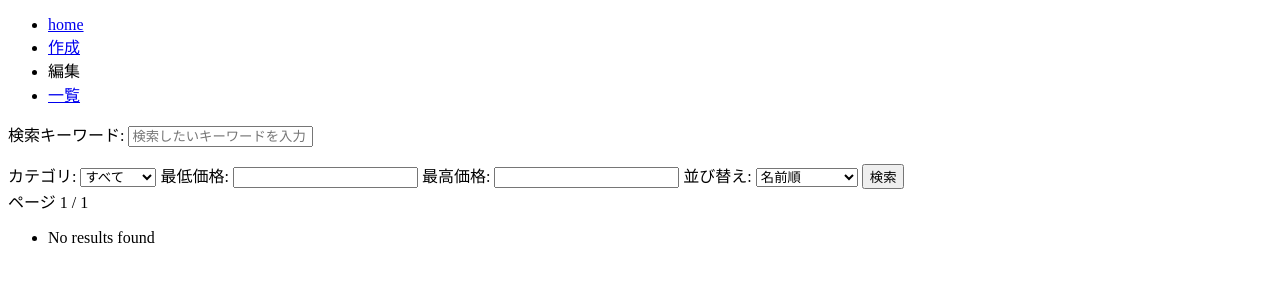
Repository: mamesuke7274/2024_kouki_kuwayamasyoutarou
Page: http://localhost/
These files come from the project's save history. The page is drawn as it stood at one moment and after a run of saves; the edit follows.
The browser window is 1280 px wide. The pictures show the whole page.
The page is served by the project's application, run on Django 4.2 (manage.py). Other server files are loaded and not shown. Queries for data that is not in the repository find no rows.

Above is the page before, as saved 2024-10-19 09:54:26.

### search_app/views.py
from django.shortcuts import render, get_object_or_404, redirect
from .models import Product, Category
from .forms import ProductForm, SearchForm
from django.core.paginator import Paginator

def product_create(request):
    if request.method == 'POST':
        form = ProductForm(request.POST)
        if form.is_valid():
            form.save()
            return redirect('product_list')
    else:
        form = ProductForm()
    return render(request, 'product_form.html', {'form': form})

def product_detail(request, pk):
    product = get_object_or_404(Product, pk=pk)

    return render(request, 'product_detail.html', {'product': product})

def product_update(request, pk):
    product = get_object_or_404(Product, pk=pk)
    if request.method == 'POST':
        form = ProductForm(request.POST, instance=product)
        if form.is_valid():
            form.save()
            return redirect('product_detail', pk=product.pk)
    else:
        form = ProductForm(instance=product)
    # product オブジェクトをテンプレートに渡す
    return  render(request,  'product_form.html',  {'form':  form,  'product': product})

def product_delete(request, pk):
    product = get_object_or_404(Product, pk=pk)
    if request.method == 'POST':
        product.delete()
        return redirect('product_list')
    return render(request, 'product_confirm_delete.html', {'product': product})

def product_list(request):
    products = Product.objects.all()
    print(products)
    return render(request, 'product_list.html', {'products': products})

def search_view(request):
    form = SearchForm(request.GET or None)
    results = Product.objects.all()  # クエリセットの初期化
    if form.is_valid():
        query = form.cleaned_data['query']
        if query:
            results = results.filter(name__icontains=query)
    # カテゴリフィルタリング
    category_name = request.GET.get('category')
    if category_name:
        try:
            # カテゴリ名に基づいてカテゴリIDを取得
            category = Category.objects.get(name=category_name)
            results = results.filter(category_id=category.id)
        except Category.DoesNotExist:
            results = results.none() # 存在しないカテゴリの場合、結果を空にする
            category = None

    # 価格のフィルタリング（最低価格・最高価格）
    min_price = request.GET.get('min_price')
    max_price = request.GET.get('max_price')
    if min_price:
        results = results.filter(price__gte=min_price)
    if max_price:
        results = results.filter(price__lte=max_price)

    # 並び替え処理
    sort_by = request.GET.get('sort', 'name')
    if sort_by == 'price_asc':
        results = results.order_by('price')
    elif sort_by == 'price_desc':
        results = results.order_by('-price')

    # クエリセットをリストに変換せず、直接Paginatorに渡す
    paginator = Paginator(results, 10)
    page_number = request.GET.get('page')
    page_obj = paginator.get_page(page_number)

    return render(request, 'search.html', {'form': form, 'page_obj': page_obj, 'results': results})

### search_app/templatetags/custom_filters.py
from django import template

register = template.Library()

@register.filter
def to(value):
    try:
        return range(1, value + 1)
    except TypeError:
        return []

### search_app/templates/search.html
<!DOCTYPE html>
<html lang="en">

<head>
    <meta charset="UTF-8">
    <meta name="viewport" content="width=device-width, initial-scale=1.0">
    <title>search_app</title>
</head>

<body>
    <header>
        <nav>
            <ul>
                <li><a href="{% url 'search_view' %}">home</a></li>
                <li><a href="{% url 'product_create' %}">作成</a></li>
                <li>編集</li>
                <li><a href="product_list">一覧</a></li>
            </ul>
        </nav>
    </header>
    <form method="get">
        {{ form.as_p }}
        <label for="category">カテゴリ:</label>
        <select name="category">
            <option value="">すべて</option>
            <option value="プログラミング">本</option>
            <option value="電子機器">電子機器</option>
        </select>
        <label for="min_price">最低価格:</label>
        <input type="number" name="min_price" min="0">
        <label for="max_price">最高価格:</label>
        <input type="number" name="max_price" min="0">
        <!-- 並び替えの選択 -->
        <label for="sort">並び替え:</label>
        <select name="sort">
            <option value="name">名前順</option>
            <option value="price_asc">価格が安い順</option>
            <option value="price_desc">価格が高い順</option>
        </select>
        <button type="submit">検索</button>
    </form>
    <div class="pagination">
        <span class="step-links">
            {% if page_obj.has_previous %}
            <a href="?page=1">最初</a>
            <a href="?page={{ page_obj.previous_page_number }}">前へ</a>
            {% endif %}

            <span>ページ {{ page_obj.number }} /
                {{ page_obj.paginator.num_pages }}</span>

            {% if page_obj.has_next %}
            <a href="?page={{ page_obj.next_page_number }}">次へ</a>
            <a href="?page={{ page_obj.paginator.num_pages }}">最後</a>
            {% endif %}
        </span>
    </div>
    <ul>
        {% for product in page_obj %}
        <li>{{ product.name }} - {{ product.price }}</li>
        {% empty %}
        <li>No results found</li>
        {% endfor %}
    </ul>



</body>

</html>

### search_app/forms.py
from django import forms
from .models import Product

class SearchForm(forms.Form):
    query = forms.CharField(
        label='検索キーワード',
        max_length=100,
        required=False,
        widget=forms.TextInput(attrs={'placeholder': '検索したいキーワードを入力'})
    )

class ProductForm(forms.ModelForm):
    class Meta:
        model = Product
        fields = ['name', 'description', 'price', 'category']

### search_project/urls.py
from django.contrib import admin
from django.urls import path,include

urlpatterns = [
    path('admin/', admin.site.urls),
    path('', include('search_app.urls')),
]

### search_app/urls.py
from django.urls import path
from . import views
urlpatterns = [
    path('', views.search_view, name='search'),
    path('search/', views.search_view, name='search_view'),
    path('product/new/', views.product_create, name='product_create'),
    path('product/<int:pk>/', views.product_detail, name='product_detail'),
    path('product/<int:pk>/edit/',  views.product_update, name='product_update'),
    path('product/<int:pk>/delete',  views.product_delete, name='product_delete'),
    path('product/', views.product_list, name='product_list'),
]

After the next 5 saves:
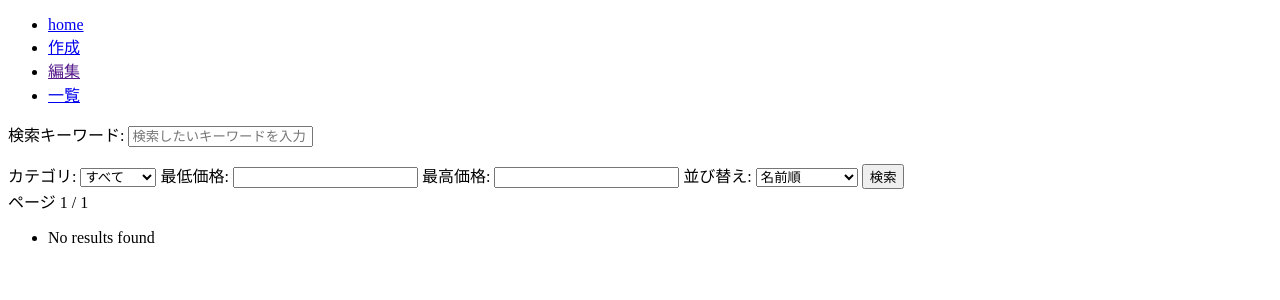
The 5 saves are shown as one change because they came seconds apart.
The last was saved 43 s later.
--- a/search_app/templates/search.html
+++ b/search_app/templates/search.html
@@ -13,7 +13,7 @@
             <ul>
                 <li><a href="{% url 'search_view' %}">home</a></li>
                 <li><a href="{% url 'product_create' %}">作成</a></li>
-                <li>編集</li>
+                <li><a href="">編集</a></li>
                 <li><a href="product_list">一覧</a></li>
             </ul>
         </nav>
